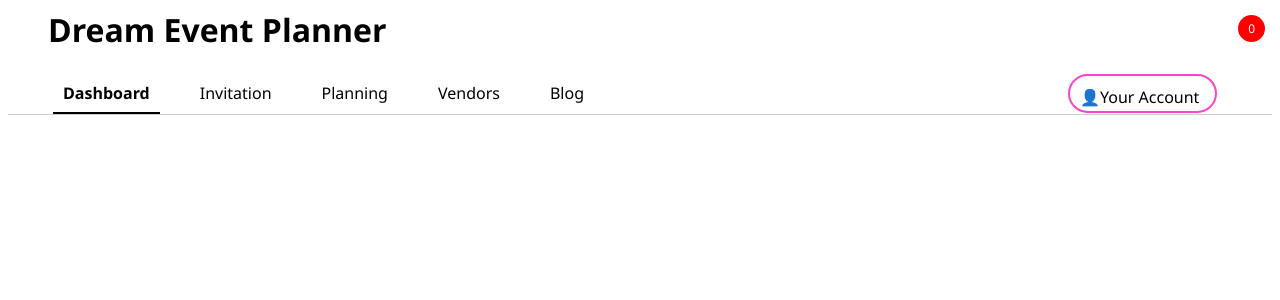
Repository: rajeshwari16945/Dream_Event_planner
Page: dep-admin-vendor-svc/src/main/resources/static/html/userNavigation.html
An editor plug-in stored every save of this project. The page is shown before and after the next save, followed by the edit.
The browser window is 1280 px wide. The pictures show the whole page.

Above is the page before, as saved 2025-03-08 18:39:55.

### dep-admin-vendor-svc/src/main/resources/static/html/userNavigation.html
<!DOCTYPE html>
<html>
	<head>
		<meta charset="utf-8">
		<title>Dream Event Planner</title>
		<link type="text/css" rel="stylesheet" href="../css/style.css">
		<script>
		    document.addEventListener("DOMContentLoaded", function () {
		        // Get the current page URL
		        let currentPage = window.location.pathname.split("/").pop();
		        // Select all navigation links
		        let navLinks = document.querySelectorAll(".user-nav-menu a");
		        // Loop through links and add the 'active' class if the href matches the page
		        navLinks.forEach(link => {
		            if (link.getAttribute("href") === currentPage) {
		                link.classList.add("active");
		            }
		        });
		    });
		</script>
	</head>
	<body>
		<div class="user_nav_main">
			<h1 class="top-heading">Dream Event Planner</h1>
			<div class="topnav">
                <div class="float-left">
					<ul class="user-nav-menu">
	                    <li><a class="nav-items active" href="dashboard.html">Dashboard</a></li>
	                    <li><a class="nav-items" href="invitation.html">Invitation</a></li>
						<li><a class="nav-items" href="PlanningTool.html">Planning</a></li>
	                    <li class="dropdown">
							<a href="">Vendors</a>
							<ul class="dropdown-menu">
				                <li><a href="VendorList.html?type=Venue">Venue</a></li>
				                <li><a href="VendorList.html?type=Catering">Catering</a></li>
				                <li><a href="VendorList.html?type=Photographer">Photographers</a></li>
				            </ul>
						</li>
	                    <li><a class="nav-items" href="">Blog</a></li>

					</ul>
                </div>
                <div class="float-right">
					<ul class="user-nav-menu">
						<div id="notification-bell" class="notification-bell">
					        <span id="notification-count" class="badge">0</span>
					    </div>

					    <!-- Notifications dropdown container -->
					    <div id="notification-dropdown" class="notification-dropdown">
					        <ul id="notification-list"></ul>
					        <button id="clear-all" onclick="clearNotifications()">Clear All</button>
					    </div>

					    <!-- Notification Container -->
					    <div id="notification-container"></div>

						<li class="dropdown">
							<a href="" class="account-menu">👤Your Account</a>
							<ul class="dropdown-menu">
								<li><a href="UserSettings.html">Account Settings</a></li>
								<li><button id="logoutButton">Log out</button></li>
							</ul>
						</li>
					</ul>
                </div>
            </div>
		</div>
	</body>
</html>

Loaded but not shown: dep-admin-vendor-svc/src/main/resources/static/css/style.css (2213 lines, source omitted)

After the next save:
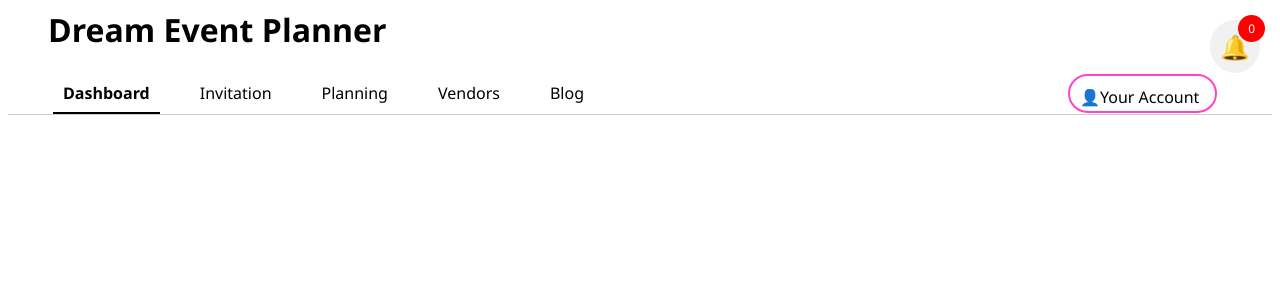
Saved 20 min 1 s later.
--- a/dep-admin-vendor-svc/src/main/resources/static/html/userNavigation.html
+++ b/dep-admin-vendor-svc/src/main/resources/static/html/userNavigation.html
@@ -42,9 +42,11 @@
                 </div>
                 <div class="float-right">
 					<ul class="user-nav-menu">
+						<!-- Notification Bell Icon -->
 						<div id="notification-bell" class="notification-bell">
-					        <span id="notification-count" class="badge">0</span>
-					    </div>
+						    🔔 <!-- You can replace this emoji with an actual icon -->
+						    <span id="notification-count" class="badge">0</span>
+						</div>
 
 					    <!-- Notifications dropdown container -->
 					    <div id="notification-dropdown" class="notification-dropdown">
